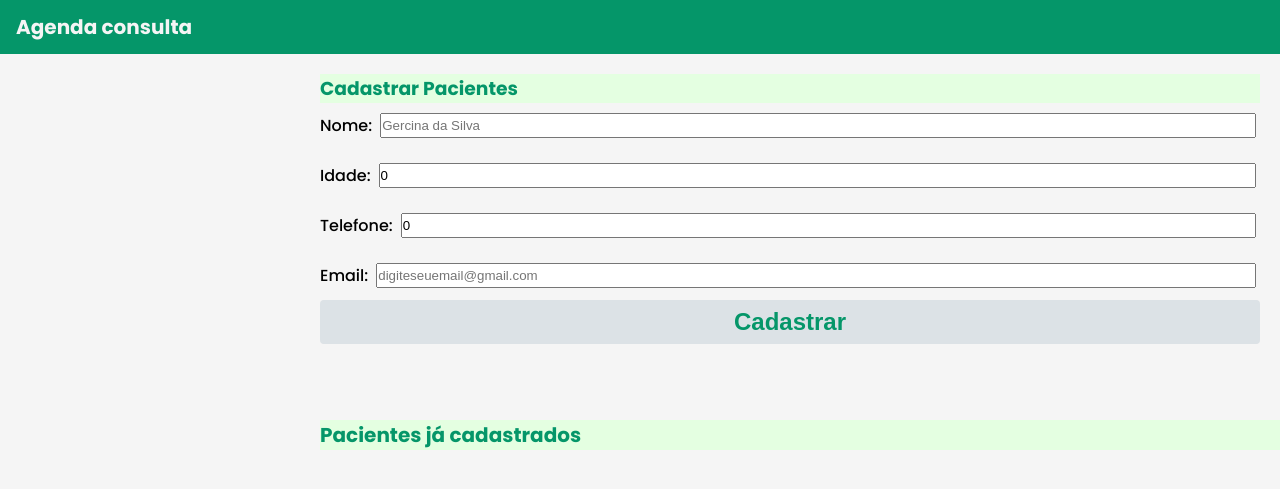
Repository: BarbaraCD/agendaconsulta
Page: /
An editor plug-in stored every save of this project. The page is shown before and after the next save, followed by the edit.
The browser window is 1280 px wide. The pictures show the whole page.
The page's requests for data from a server got no answer. The project was rebuilt for these pictures with package versions that can differ from the ones it lists, and the page was loaded fresh each time. No one was signed in, and anything a server would have sent is missing. Also part of the build but not shown: vite.config.ts, src/styles/StyleList.ts, src/components/Patients.tsx.

Above is the page before, as saved 2023-07-28 15:53:38.

### index.html
<!DOCTYPE html>
<html lang="en">
  <head>
    <meta charset="UTF-8" />
    <link rel="icon" type="image/svg+xml" href="/vite.svg" />
    <meta name="viewport" content="width=device-width, initial-scale=1.0" />

    <link rel="preconnect" href="https://fonts.googleapis.com">
    <link rel="preconnect" href="https://fonts.gstatic.com" crossorigin>
    <link href="https://fonts.googleapis.com/css2?family=Poppins:wght@400;500;700&display=swap" rel="stylesheet">

    <title>Agendamento de Consulta</title>
  </head>
  <body>
    <div id="root"></div>
    <script type="module" src="/src/main.tsx"></script>
  </body>
</html>

### src/main.tsx
import React from 'react'
import ReactDOM from 'react-dom/client'
import App from './App.tsx'
import { ThemeProvider } from 'styled-components'
import { theme } from './styles/Theme.ts'

ReactDOM.createRoot(document.getElementById('root')!).render(
  <React.StrictMode>
    <ThemeProvider theme={theme}>
      <App />
    </ThemeProvider>
  </React.StrictMode>,
)

### src/App.tsx
import './styles/global'
import { Header } from './components/Header'
import GlobalStyle from './styles/global'
import { CreatePatient } from './components/CreatePatient'

function App() {

  return (
    <>
      <GlobalStyle />
      <Header />
      {/* <Sidebar /> */}
      {/* <CreateDoctor/> */}
      <CreatePatient />

    </>
  )
}

export default App

### src/styles/Theme.ts

export const theme = {
  colors: {
    primary: '#059669',
    head: '#059669B3',
    900: '#6A8D73',
    800: '#AFC5A6',
    700: '#F4FDD9',
    100: '#E4FFE1',

    sbcolor: '#DCE2E6',
    gray: '#41414D',
    black: '#000',
    white: '#f5f5f5',
  },

  size: {
    sm: '14px',
    md: '16px',
    lg: '18px',
    xl: '20px',
    xxl: '24px'
  }
}

### src/styles/global.ts
import { createGlobalStyle } from 'styled-components'

export default createGlobalStyle`
  *{
    margin: 0;
    padding: 0;
    box-sizing: border-box;
  }
  body{
    font-family: 'Poppins', sans-serif;
    background: ${(props) => props.theme.colors.white};
    font-size: ${(props) => props.theme.size.xl};
  }
`

### src/components/Header.tsx
import { styled } from "styled-components"

const Container = styled.div`
  background-color: ${(props) => props.theme.colors.primary};
  padding: 12px 16px;
  color: ${(props) => props.theme.colors.white};
  font-weight: 700;
`

export function Header(){
  return (
    <Container>
      Agenda consulta
    </Container>
  )
}

### src/components/CreatePatient.tsx
import { useEffect, useState } from 'react'
import { Patients, PatientsProps } from './Patients'
import { createPatient, getPatient } from '../services/patient.services'
import { InputPatients } from './InputPatient'
import { SubmitButton } from './SubmitButton'
import { Container, Container2, Container3 }  from '../styles/CreateContainer'


export function CreatePatient(){

  const [patients, setPatients] = useState<PatientsProps[]>([])
  const [newPatient, setNewPatient] = useState<PatientsProps>({
    id: 0,
    name: '',
    age: 0,
    telephone: 0,
    email:''
  })

  useEffect(() => {
    fetchPatient().catch((error) => {
      console.error('Error fetching Patients:', error);
    });
  }, []);

  async function fetchPatient() {
    try {
      const response: PatientsProps[] = await getPatient();
      setPatients(response);
    } catch (error) {
      console.error('Error fetching Patients:', error);
    }
  }

  async function createNewPatient(){
    if(
      newPatient?.name.trim() !== '' &&
      typeof newPatient?.age === 'number' && newPatient?.age > 0 &&
      typeof newPatient?.telephone === 'number' && newPatient?.telephone > 0 &&
      newPatient?.email.trim() !== ''
      ){
        try {
          await createPatient(newPatient.name, newPatient.age, newPatient.telephone, newPatient.email);
          await fetchPatient();
            setNewPatient({
              id: 0,
              name: '',
              age: 0,
              telephone: 0,
              email: ''
            })
        console.log("Médico cadastrado com sucesso!")
        } catch(error){
          console.log("Erro ao cadastrar medico:", error)
        }
      } else {
        console.error("Por favor, preencha todos os campos corretamente.")
      }
  }

  return(
    <Container>
      <Container2>
        <InputPatients
          name={newPatient.name}
          age={newPatient.age}
          telephone={newPatient.telephone}
          email={newPatient.email}
          onNameChange={(value) => setNewPatient({ ...newPatient, name: value })}
          onAgeChange={(value) => setNewPatient({ ...newPatient, age: value })}
          onTelephoneChange={(value) => setNewPatient({ ...newPatient, telephone: value})}
          onEmailChange={(value) =>
            setNewPatient({ ...newPatient, email: value })
          }
        />

          <SubmitButton onClick={createNewPatient}/>
        </Container2>

        <Container3>
          <h3>Pacientes já cadastrados</h3>
          {patients.length > 0 && (
            patients.map((patients) => (
              <Patients
                id={patients.id}
                key={patients.id}
                name={patients.name}
                age={patients.age}
                telephone={patients.telephone}
                email={patients.email}
              />
            ))
          )}
        </Container3>

    </Container>
  )
}

### src/services/patient.services.ts
import axios from 'axios';
import { PatientsProps } from '../components/Patients'
import { api } from './ApiConfig'

export async function getPatient(): Promise<PatientsProps[]> {
  try {
    const response = await axios.get('http://localhost:3333/patient');
    // eslint-disable-next-line @typescript-eslint/no-unsafe-return
    return response.data;
  } catch (error) {
    throw new Error('Erro ao obter dados dos pacientes:');
  }
}

export async function createPatient(name: string, age: number, telephone: number, email: string){
  return api.post('/patient', {
    name,
    age,
    telephone,
    email,
  })
}

### src/components/InputPatient.tsx
import { InputContainer } from '../styles/InputContainer'

interface InputPatientsProps{
  name: string
  age: number
  telephone: number
  email: string
  onNameChange: (value: string) => void
  onAgeChange: (value: number) => void
  onTelephoneChange: (value: number) => void
  onEmailChange: (value: string) => void
}

export function InputPatients(props: InputPatientsProps) {
  return (
    <InputContainer>
      <h3>Cadastrar Pacientes</h3>
        <label>
          <p>Nome:</p>
          <input
            type="text"
            name="nome"
            value={props.name}
            onChange={(event) => props.onNameChange(event.target.value)}
            placeholder='Gercina da Silva'
          />
        </label>
        <br />
        <label>
          <p>Idade:</p>
          <input
            type="text"
            name="idade"
            value={props.age}
            onChange={(event) => props.onAgeChange(Number(event.target.value))}
            placeholder='idade'
          />
        </label>
        <br />
        <label>
          <p>Telefone:</p>
          <input
            type="text"
            name="telefone"
            value={props.telephone}
            onChange={(event) => props.onTelephoneChange(Number(event.target.value))}
          />
        </label>
        <br />
        <label>
          <p>Email:</p>
          <input
            type="text"
            name="email"
            value={props.email}
            onChange={(event) => props.onEmailChange(event.target.value)}
            placeholder='digiteseuemail@gmail.com'
          />
        </label>
    </InputContainer>
  );
}

### src/components/SubmitButton.tsx
import { styled } from "styled-components"

interface SubmitButtonProps {
  onClick: () => void
}

const StyledButton = styled.button`
  padding: 8px;
  margin: 12px 0;
  border-radius: 4px;
  color: ${(props) => props.theme.colors.primary};
  border: none;
  background-color: ${(props) => props.theme.colors.sbcolor};
  cursor: pointer;

  p{
    font-size: ${(props) => props.theme.size.xxl};
    font-weight: 700;
  }
`

export function SubmitButton({ onClick }: SubmitButtonProps) {
  return (
    <StyledButton onClick={onClick}>
      <p>
        Cadastrar
      </p>
    </StyledButton>
  )
}

### src/styles/CreateContainer.ts
import styled from "styled-components"

export const Container = styled.div`
  background-color: ${(props) => props.theme.colors.white};
  justify-content: start;
  align-items: center;
`

export const Container2 = styled.div`
  display: flex;
  flex-direction: column;
  margin-left: 300px;
  padding: 20px;
`
export const Container3 = styled.div`
  margin-top: 24px;
  flex-direction: column;
  margin-left: 320px;
  padding: 20px 0;

  h3{
    font-size: ${(props) => props.theme.size.xl};
    color: ${(props) => props.theme.colors.primary};
    background-color: ${(props) => props.theme.colors[100]};
    margin-bottom: 12px;
  }
`

### src/services/ApiConfig.ts
import axios from "axios";

export const api = axios.create({
  baseURL: 'http://localhost:3333',
})

### src/styles/InputContainer.ts
import styled from "styled-components"

export const InputContainer = styled.div`

  color: ${(props) => props.theme.colors.black};
  font-size: ${(props) => props.theme.size.md};

  h3 {
    background-color: ${(props) => props.theme.colors[100]};
    color: ${(props) => props.theme.colors.primary};
    margin-bottom: 10px;
  }

  label {
    display: flex;
    margin-right: 4px;
  }

  p{
    font-size: ${(props) => props.theme.size.md};
    font-weight: 500;
  }

  input {
    width: 80vw;
    margin-left: 8px;
  }
`

After the next save:
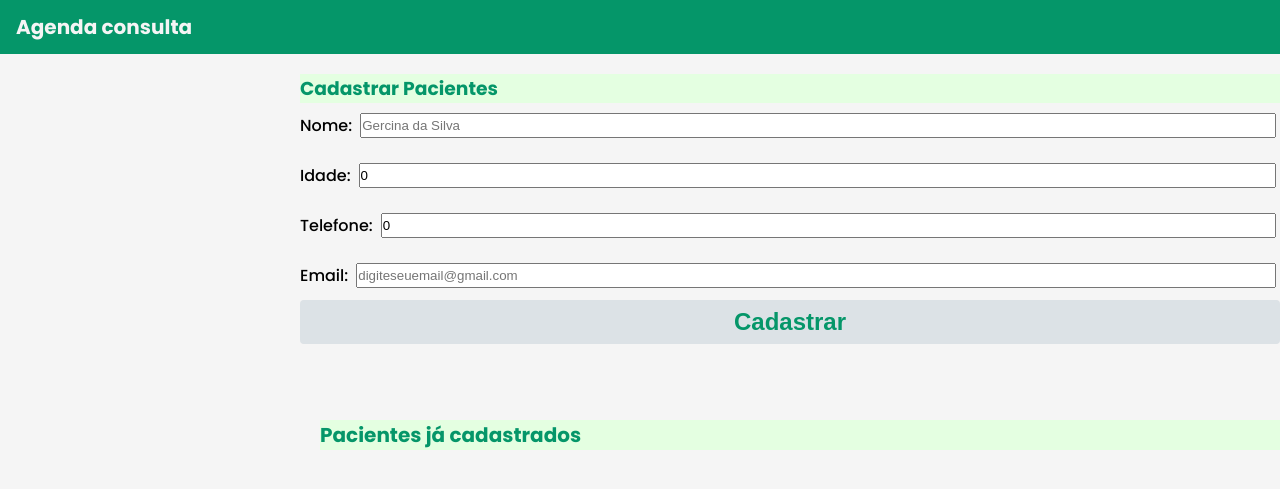
Saved 27 s later.
--- a/src/styles/CreateContainer.ts
+++ b/src/styles/CreateContainer.ts
@@ -10,7 +10,7 @@ export const Container2 = styled.div`
   display: flex;
   flex-direction: column;
   margin-left: 300px;
-  padding: 20px;
+  padding: 20px 0;
 `
 export const Container3 = styled.div`
   margin-top: 24px;
